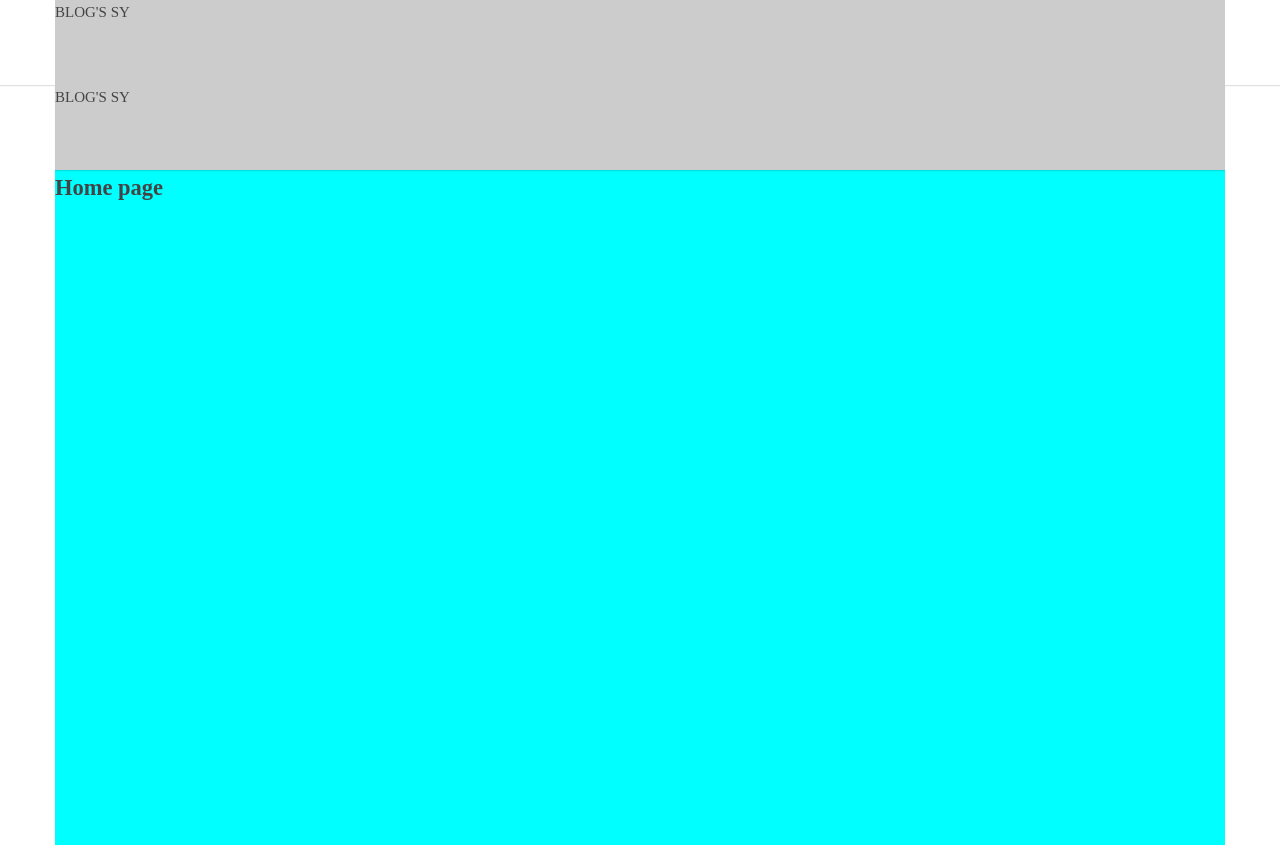
Repository: SyLe-Van/Make-Colorful
Page: /
An editor plug-in stored every save of this project. The page is shown before and after the next save, followed by the edit.
The browser window is 1280 px wide. The pictures show the whole page.
Some web fonts or font styles are not loaded; a fallback is used. The project was rebuilt for these pictures with package versions that can differ from the ones it lists, and the page was loaded fresh each time. Also part of the build but not shown: src/pages/cinema/index.js, src/pages/fashion/index.js, src/pages/grooming/index.js, src/pages/lifestyle/index.js, src/pages/contact/index.js, src/components/Layout/DefaultLayout/Sidebar/Sidebar.module.scss.

Above is the page before, as saved 2023-10-10 12:04:25.

### src/index.js
import React from 'react';
import ReactDOM from 'react-dom/client';
import App from '~/App';
import reportWebVitals from './reportWebVitals';
import GlobalStyles from '~/components/GlobalStyles';
const root = ReactDOM.createRoot(document.getElementById('root'));
root.render(
    <React.StrictMode>
        <GlobalStyles>
            <App />
        </GlobalStyles>
    </React.StrictMode>,
);

// If you want to start measuring performance in your app, pass a function
// to log results (for example: reportWebVitals(console.log))
// or send to an analytics endpoint. Learn more: https://bit.ly/CRA-vitals
reportWebVitals();

### src/App.js
import { BrowserRouter as Router, Routes, Route } from 'react-router-dom';
import Home from '~/pages/home';
import Cinema from '~/pages/cinema';
import Fashion from '~/pages/fashion';
import Grooming from '~/pages/grooming';
import LifeStyle from '~/pages/lifestyle';
import { publicRoutes } from './routes';
import { Component } from 'react';
import { DefaultLayout } from '~/components/Layout';
import { Fragment } from 'react';
function App() {
    return (
        <Router>
            <div className="App">
                <Routes>
                    {publicRoutes.map((route, index) => {
                        const Layout = route.layout === null ? Fragment : DefaultLayout;
                        const Page = route.component;
                        return (
                            <Route
                                key={index}
                                path={route.path}
                                element={
                                    <Layout>
                                        <Page />
                                    </Layout>
                                }
                            />
                        );
                    })}
                </Routes>
            </div>
        </Router>
    );
}

export default App;

### src/routes/index.js
import Home from '~/pages/home';
import Cinema from '~/pages/cinema';
import Fashion from '~/pages/fashion';
import Grooming from '~/pages/grooming';
import LifeStyle from '~/pages/lifestyle';
import Contact from '~/pages/contact';
// dont need login to view
const publicRoutes = [
    { path: '/', component: Home },
    { path: '/cinema', component: Cinema },
    { path: '/fashion', component: Fashion },
    { path: '/grooming', component: Grooming },
    { path: '/lifestyle', component: LifeStyle },
    { path: '/contact', component: Contact, layout: null },
];

const privateRoutes = [];

export { publicRoutes, privateRoutes };

### src/components/GlobalStyles/GlobalStyles.scss
@import 'normalize.css';
@import url('https:; //fonts.googleapis.com/css2?family=Lato:ital,wght@0,400;0,700;1,400;1,700&family=Montserrat:ital,wght@0,400;0,700;1,400;1,700&family=Playfair+Display&family=Poppins:wght@300;400;600;700&display=swap');

:root {
    --primary: #f6f6f6;
}

* {
    box-sizing: border-box;
    margin: 0;
    padding: 0;
}
html {
    font-size: 40px;
}
body {
    font-family: 'Playfair Display', serif;
    line-height: 1.6;
    color: #444;
    font-size: 15px;
    text-rendering: optimizeSpeed;
}

### src/components/Layout/DefaultLayout/index.js
import Header from './Header';
import classNames from 'classnames/bind';
import styles from './DefaultLayout.module.scss';
import Sidebar from './Sidebar';

const cx = classNames.bind(styles);
function DefaultLayout({ children }) {
    return (
        <div className={cx('wrapper')}>
            <Header />
            <div className={cx('container')}>
                <Sidebar />
                <div className={cx('contain')}>{children}</div>
            </div>
        </div>
    );
}

export default DefaultLayout;

### src/components/Layout/DefaultLayout/Header/index.js
import styles from './Header.module.scss';
import classNames from 'classnames/bind';

const cx = classNames.bind(styles);

function Header() {
    return (
        <header className={cx('wrapper')}>
            <div className={cx('inner')}>BLOG'S SY</div>
        </header>
    );
}

export default Header;

### src/components/Layout/DefaultLayout/DefaultLayout.module.scss
.wrapper {
    display: flex;
    flex-direction: column;
    align-items: center;
}
.container {
    width: 1170px;
    height: 760px;
    background-color: aqua;
}

### src/components/Layout/DefaultLayout/Sidebar/index.js
import styles from './Header.module.scss';
import classNames from 'classnames/bind';

const cx = classNames.bind(styles);

function Header() {
    return (
        <header className={cx('wrapper')}>
            <div className={cx('inner')}>BLOG'S SY</div>
        </header>
    );
}

export default Header;

### src/components/Layout/DefaultLayout/Header/Header.module.scss
.wrapper {
    height: 85px;
    width: 100%;
    box-shadow: 0px 1px 1px rgb(0 0 0 / 12%);
    display: flex;
    justify-content: center;
}
.inner {
    height: 100%;
    width: 1170px;
    background-color: #ccc;
}

Loaded but not shown: public/index.html (common file); src/reportWebVitals.js (common file); src/components/GlobalStyles/index.js (common file); src/pages/home/index.js (common file); src/components/Layout/index.js (common file)

After the next save:
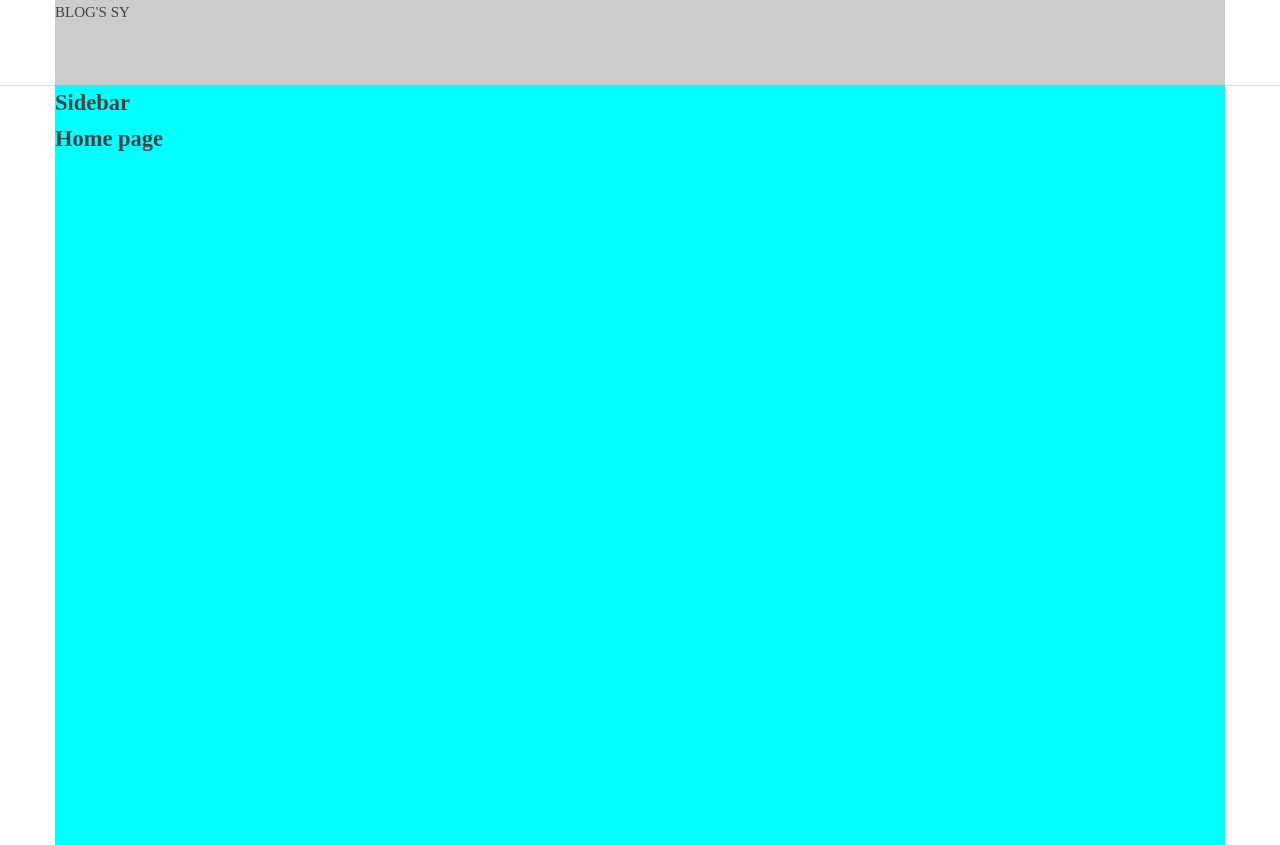
Saved 8 h 41 min later.
--- a/src/components/Layout/DefaultLayout/Sidebar/index.js
+++ b/src/components/Layout/DefaultLayout/Sidebar/index.js
@@ -1,14 +1,10 @@
-import styles from './Header.module.scss';
+import styles from './Sidebar.module.scss';
 import classNames from 'classnames/bind';
 
 const cx = classNames.bind(styles);
 
-function Header() {
-    return (
-        <header className={cx('wrapper')}>
-            <div className={cx('inner')}>BLOG'S SY</div>
-        </header>
-    );
+function Sidebar() {
+    return <h2>Sidebar</h2>;
 }
 
-export default Header;
+export default Sidebar;
